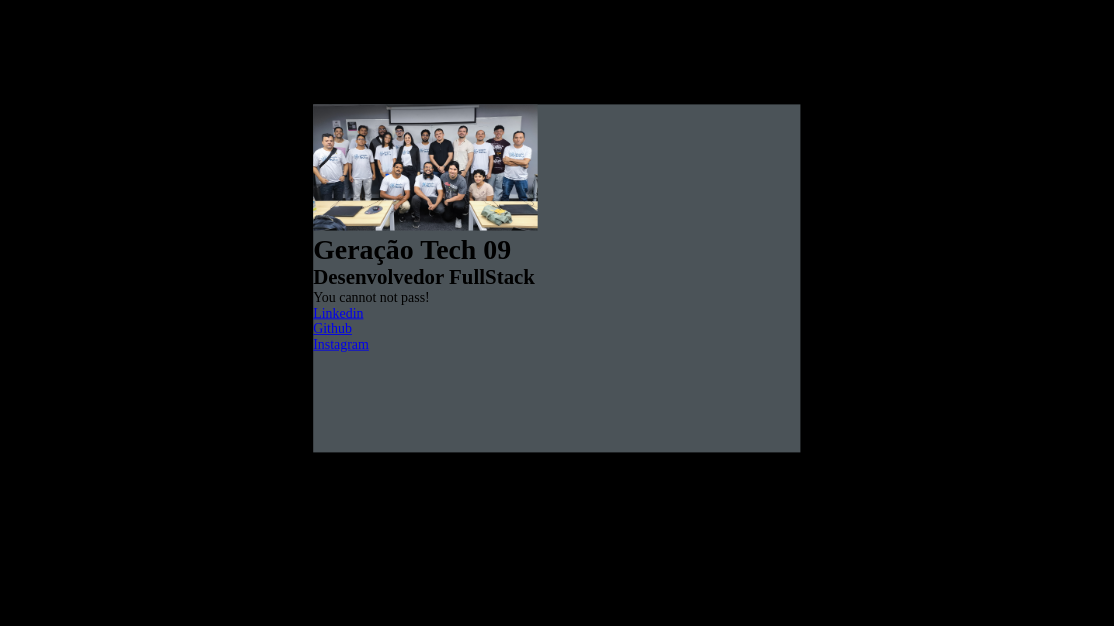
Repository: geracao-09/linktree-gt9
Page: index.html
These files come from the project's save history. The page is drawn as it stood at one moment and after the next save; the edit follows.
The browser window is 1280 px wide. The pictures show the whole page, at 87% of full size.

Above is the page before, as saved 2025-04-10 10:48:04.

After the next save:
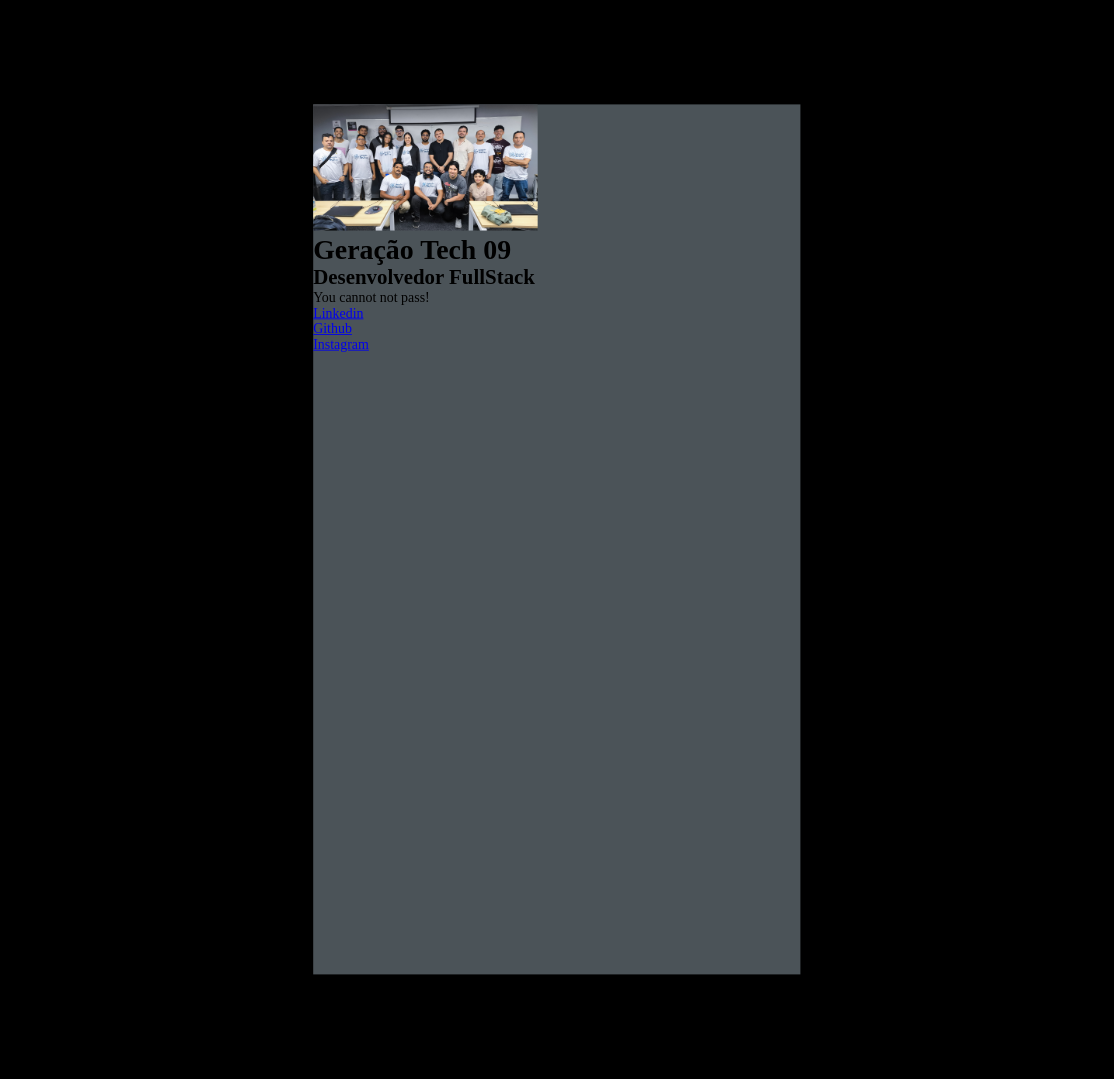
Saved 26 s later.
--- a/style.css
+++ b/style.css
@@ -11,7 +11,7 @@
 .container-main {
     background-color: #4B5358;
     width: 560px;
-    height: 400px;
+    height: 1000px;
     box-sizing: border-box;
     margin: 120px auto;
 }
